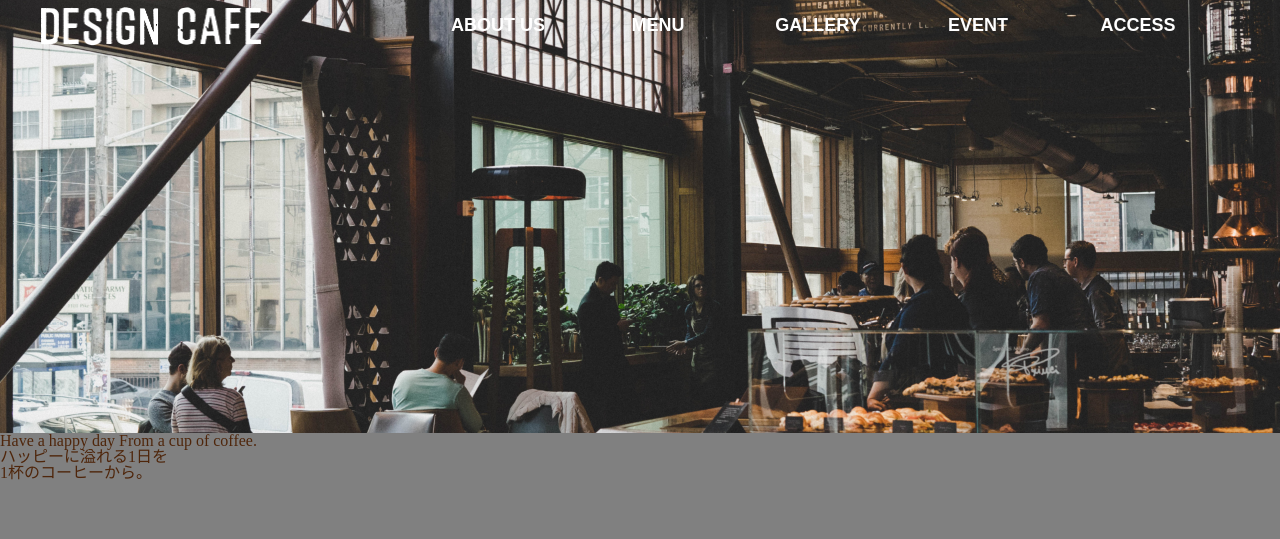
Repository: sonoyama01/dezasuta
Page: 第4回課題/index.html
An editor plug-in stored every save of this project. The page is shown before and after the next save, followed by the edit.
The browser window is 1280 px wide. The pictures show the whole page.

Above is the page before, as saved 2024-05-02 01:38:48.

After the next save:
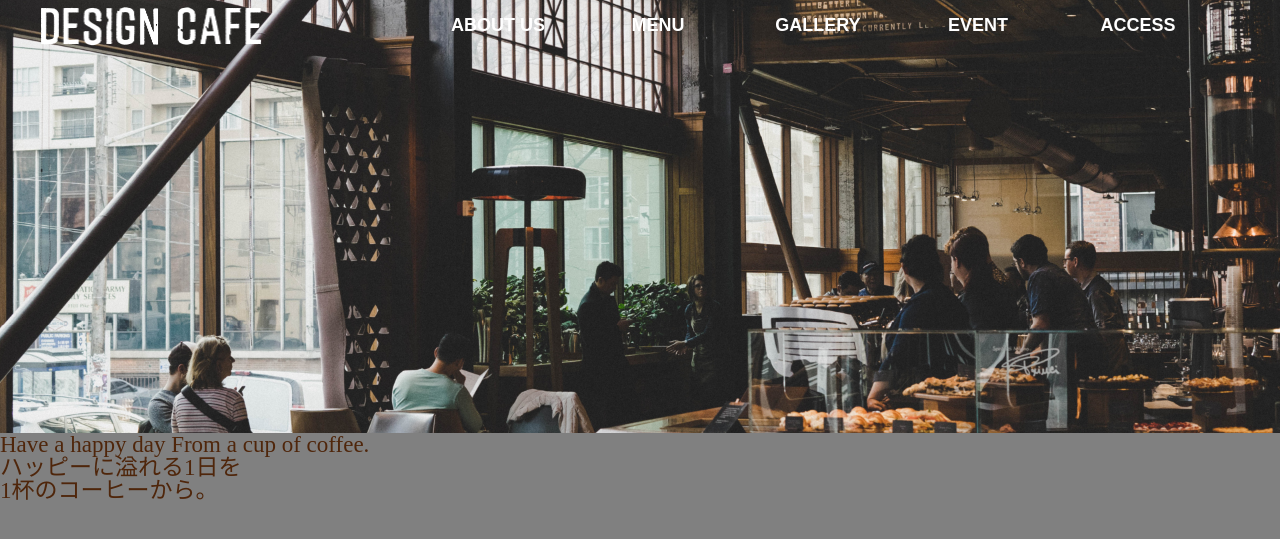
Saved 4 min 6 s later.
--- a/第4回課題/css/style.css
+++ b/第4回課題/css/style.css
@@ -50,6 +50,7 @@ img {
 
 body {
   background-color: gray;
+  font-size: 23px;
 }
 
 /* ヘッダー */
@@ -84,3 +85,6 @@ body {
   width: 100%;
   box-sizing: border-box;
 }
+
+.catch_copy {
+}
